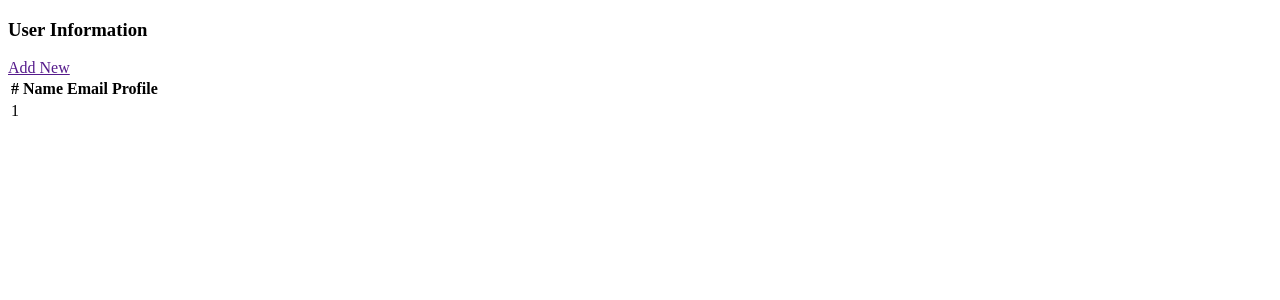
Repository: hnineiphyu-128/JavaEE_Exeercise_Lession
Page: http://localhost/07-Servlet-FileUpload/display.jsp
These files come from the project's save history. The page is drawn as it stood at one moment and after the next save; the edit follows.
The browser window is 1280 px wide. The pictures show the whole page.
The page is served by Tomcat 9.

Above is the page before, as saved 2020-12-21 09:40:29.

After the next save:
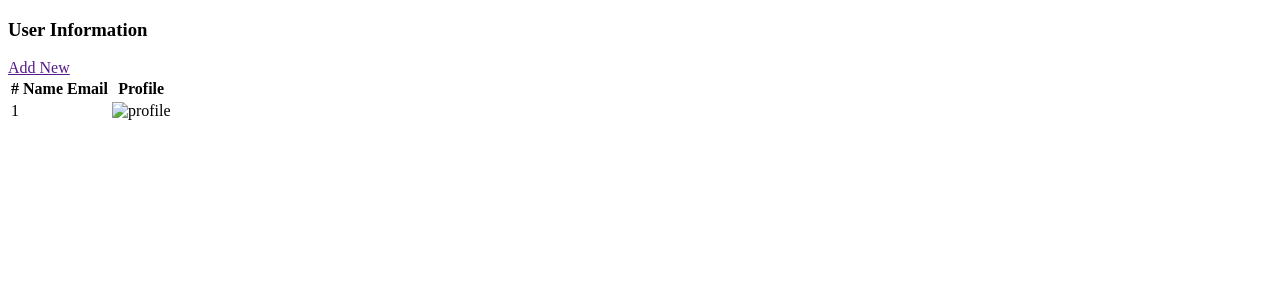
Saved 43 s later.
--- a/07-Servlet-FileUpload/src/main/webapp/display.jsp
+++ b/07-Servlet-FileUpload/src/main/webapp/display.jsp
@@ -30,7 +30,9 @@
 								<td><%= i++ %></td>
 								<td>${user.name}</td>
 								<td>${user.email}</td>
-								<td>${user.photo}</td>
+								<td>
+									<img alt="profile" src="${user.photo}" class="img-fluid">
+								</td>
 							</tr>
 						</c:forEach>
 					</tbody>
